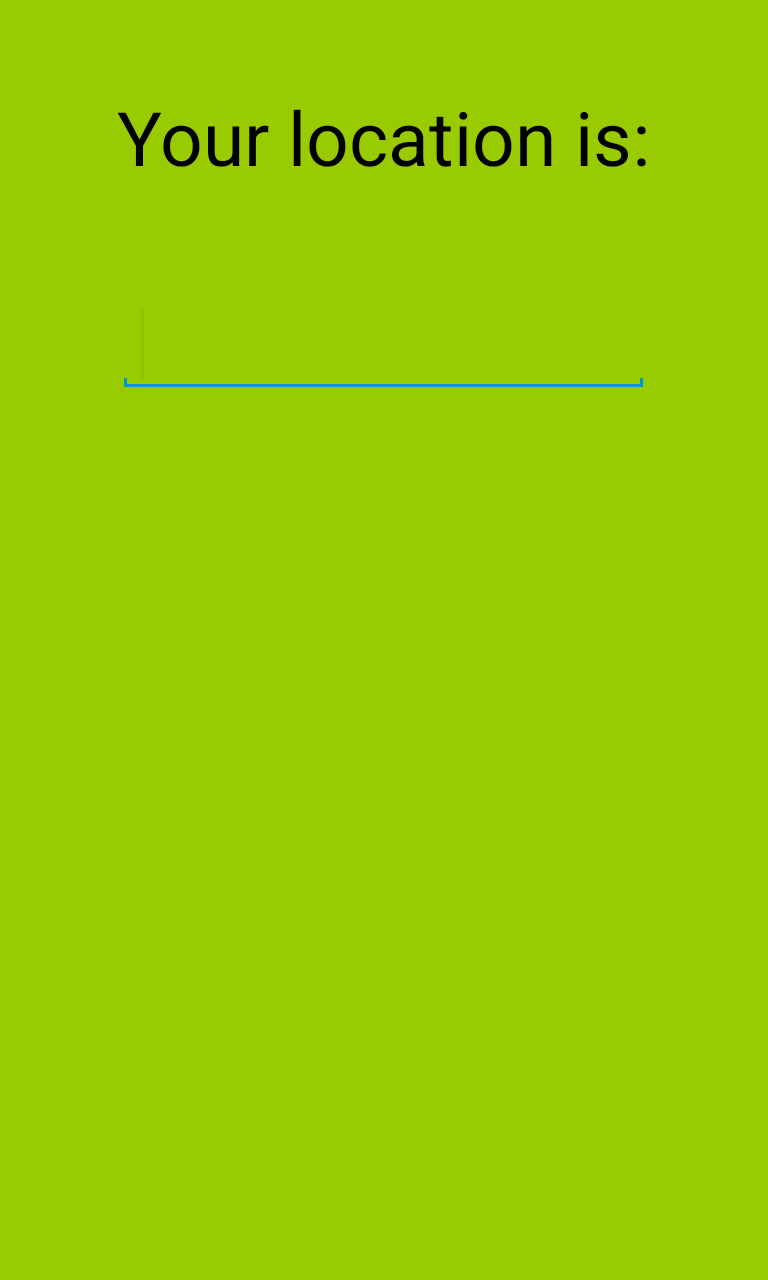
Repository: yasith/OnlyLocal
Layout: Only Local/res/layout/activity_start.xml
An editor plug-in stored every save of this project. The layout is shown before and after the next save, followed by the edit.
It is drawn on a 768 x 1280 px phone screen (xhdpi) without system bars, with theme AppTheme; the app's code is not run.

Above is the layout before, as saved 2012-07-25 04:48:18.

### Only Local/res/layout/activity_start.xml
<RelativeLayout xmlns:android="http://schemas.android.com/apk/res/android"
    xmlns:tools="http://schemas.android.com/tools"
    android:layout_width="match_parent"
    android:layout_height="match_parent"
    android:background= "#99CC00" >



    <TextView
        android:id="@+id/textView1"
        android:layout_width="wrap_content"
        android:layout_height="wrap_content"
        android:layout_alignParentTop="true"
        android:layout_centerHorizontal="true"
        android:layout_marginTop="43dp"
        android:text="Your location is:"
        android:textAppearance="?android:attr/textAppearanceLarge"
        android:textSize="75px" />

    <EditText
        android:id="@+id/editText1"
        android:layout_width="wrap_content"
        android:layout_height="wrap_content"
        android:layout_alignLeft="@+id/textView1"
        android:layout_alignRight="@+id/textView1"
        android:layout_below="@+id/textView1"
        android:layout_marginTop="55dp"
        android:ems="10"
        android:inputType="textPostalAddress"
        android:textSize="50px" >

        <requestFocus />
    </EditText>

</RelativeLayout>

### Only Local/res/values/strings.xml
<resources>

    <string name="app_name">Only Local</string>
    <string name="hello_world">Hello world!</string>
    <string name="menu_settings">Settings</string>
    <string name="title_activity_start">StartActivity</string>
    <string name="search">Find nearby Farmer's Markets!</string>
    <string name="loc">Your location is:</string>
    <string name="change">Search from a different location.</string>

</resources>

Loaded but not shown: Only Local/res/values-v11/styles.xml (common file); Only Local/res/values-v14/styles.xml (common file); Only Local/res/values/styles.xml (common file)

After the next save:
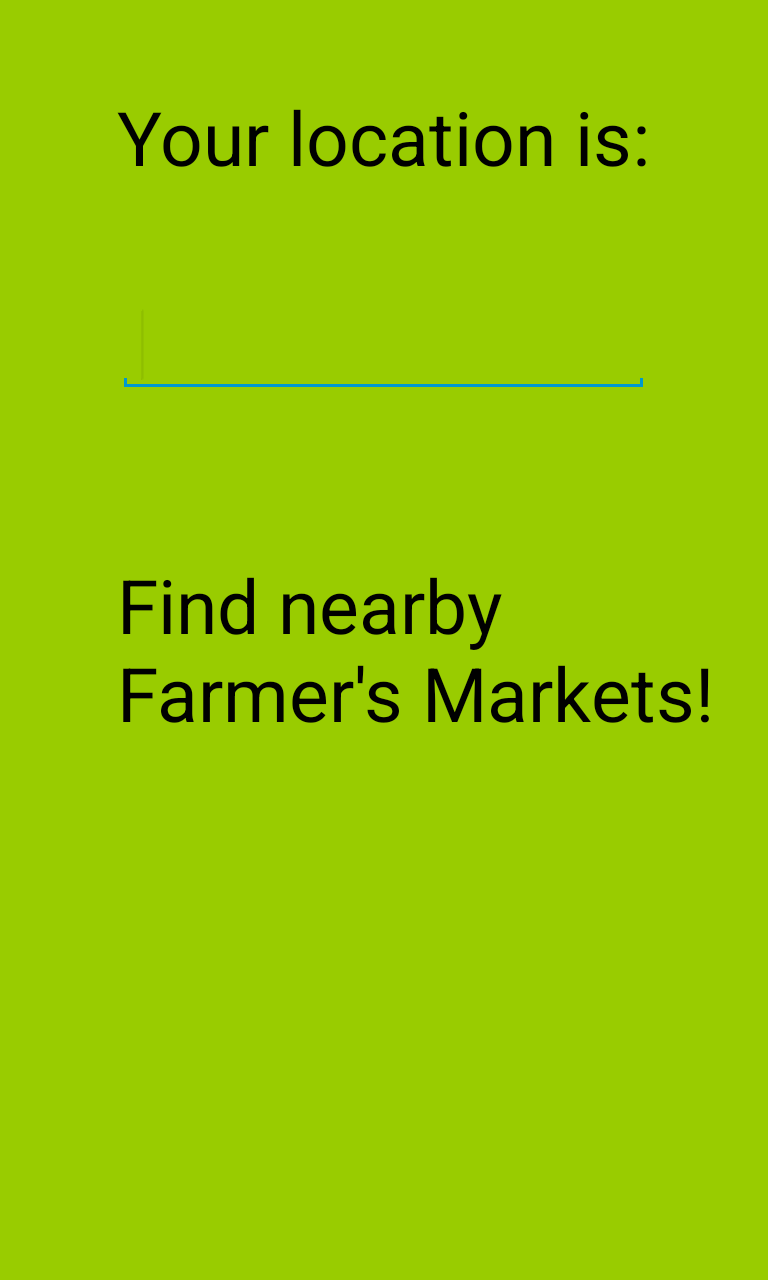
Saved 119 s later.
--- a/Only Local/res/layout/activity_start.xml
+++ b/Only Local/res/layout/activity_start.xml
@@ -3,8 +3,6 @@
     android:layout_width="match_parent"
     android:layout_height="match_parent"
     android:background= "#99CC00" >
-
-
 
     <TextView
         android:id="@+id/textView1"
@@ -13,7 +11,7 @@
         android:layout_alignParentTop="true"
         android:layout_centerHorizontal="true"
         android:layout_marginTop="43dp"
-        android:text="Your location is:"
+        android:text="@string/loc"
         android:textAppearance="?android:attr/textAppearanceLarge"
         android:textSize="75px" />
 
@@ -32,4 +30,15 @@
         <requestFocus />
     </EditText>
 
+    <TextView
+        android:id="@+id/TextView01"
+        android:layout_width="wrap_content"
+        android:layout_height="wrap_content"
+        android:layout_alignLeft="@+id/editText1"
+        android:layout_below="@+id/editText1"
+        android:layout_marginTop="80dp"
+        android:text="@string/search"
+        android:textAppearance="?android:attr/textAppearanceLarge"
+        android:textSize="75px" />
+
 </RelativeLayout>
